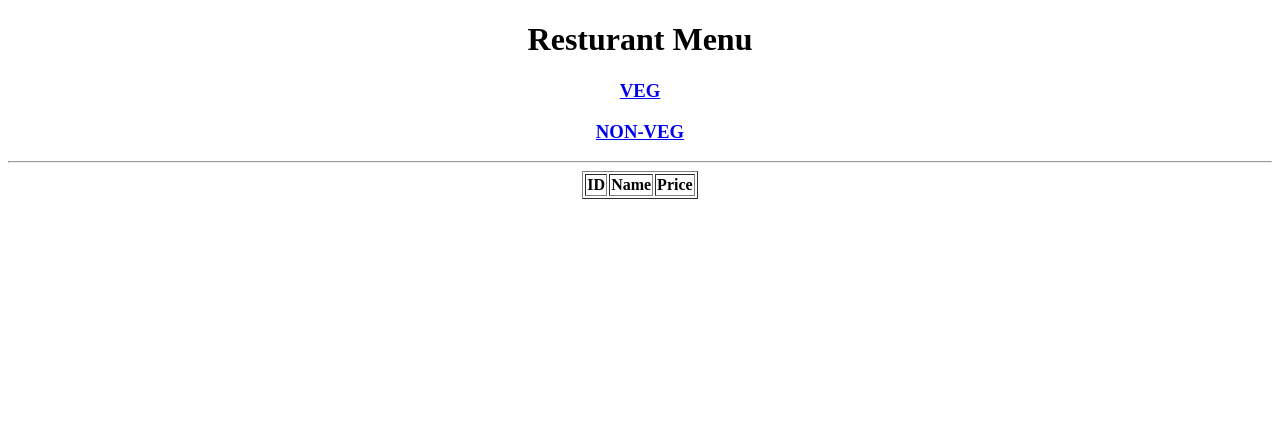
Repository: NarendraKumar-2259/ResturantManagementSystem
Page: http://localhost/Guntur_Karam/GetNonVeg
The author's editor kept a copy of each file at every save. The page is drawn from the files as they stood at one save, then again after the next save.
The browser window is 1280 px wide. The pictures show the whole page.
The page is served by Tomcat 9. Queries for data that is not in the repository find no rows.

Above is the page before, as saved 2024-09-28 05:14:44.

After the next save:
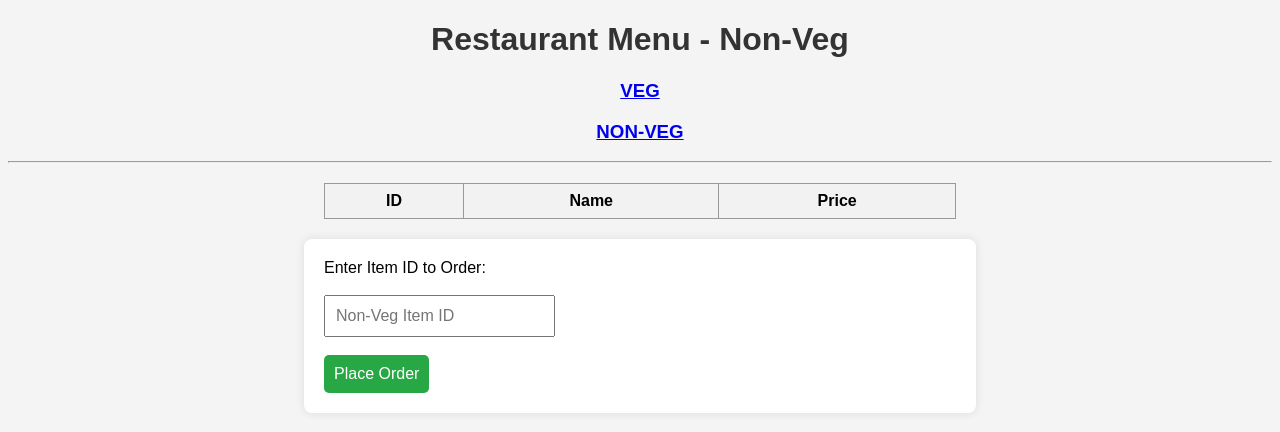
Saved 96 s later.
--- a/Guntur Karam/src/main/webapp/viewnonveg.jsp
+++ b/Guntur Karam/src/main/webapp/viewnonveg.jsp
@@ -1,20 +1,64 @@
-<%@ page language="java" contentType="text/html; charset=UTF-8"
-    pageEncoding="UTF-8"%>
+<%@ page language="java" contentType="text/html; charset=UTF-8"%>
 <%@ taglib prefix="c" uri="http://java.sun.com/jsp/jstl/core" %>
 <!DOCTYPE html>
 <html>
 <head>
 <meta charset="UTF-8">
-<title>Insert title here</title>
+<title>Restaurant Menu - Non-Veg</title>
+<style>
+    body {
+        font-family: Arial, sans-serif;
+        background-color: #f4f4f4;
+    }
+    h1, h3 {
+        color: #333;
+    }
+    table {
+        width: 50%;
+        margin: 20px auto;
+        border-collapse: collapse;
+    }
+    table, th, td {
+        border: 1px solid #999;
+        padding: 8px;
+        text-align: center;
+    }
+    th {
+        background-color: #f2f2f2;
+    }
+    .order-form {
+        width: 50%;
+        margin: 20px auto;
+        padding: 20px;
+        background-color: #fff;
+        box-shadow: 0px 0px 10px rgba(0, 0, 0, 0.1);
+        border-radius: 8px;
+    }
+    input[type="text"], input[type="submit"] {
+        padding: 10px;
+        font-size: 16px;
+    }
+    input[type="submit"] {
+        background-color: #28a745;
+        color: #fff;
+        border: none;
+        cursor: pointer;
+        border-radius: 5px;
+    }
+    input[type="submit"]:hover {
+        background-color: #218838;
+    }
+</style>
 </head>
 <body>
-	<center>
-		<h1>Resturant Menu</h1>
-		<h3><a href="GetVeg">VEG</a></h3><h3><a href="GetNonVeg">NON-VEG</a></h3>
-
-	</center><hr>
-	<center>
-    <table border="1">
+    <center>
+        <h1>Restaurant Menu - Non-Veg</h1>
+        <h3><a href="GetVeg">VEG</a></h3>
+        <h3><a href="GetNonVeg">NON-VEG</a></h3>
+    </center>
+    <hr>
+    <center>
+    <table>
         <tr>
             <th>ID</th>
             <th>Name</th>
@@ -29,5 +73,14 @@
         </c:forEach>
     </table>
     </center>
+
+    <!-- Order Form -->
+    <div class="order-form">
+        <form action="OrderNonVegServlet" method="post">
+            <label for="non_veg_id">Enter Item ID to Order:</label><br><br>
+            <input type="text" id="non_veg_id" name="non_veg_id" placeholder="Non-Veg Item ID"><br><br>
+            <input type="submit" value="Place Order">
+        </form>
+    </div>
 </body>
 </html>
